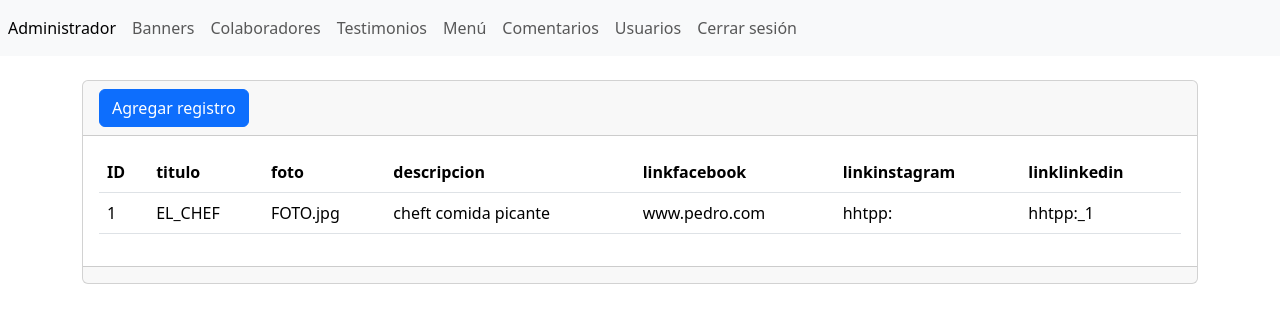
Repository: salextros/Restaurant-Project-PHP-MySQL
Page: http://localhost/TRABAJO_FINAL/restaurant/admin/seccion/colaboradores/index.php
These files come from the project's save history. The page is drawn as it stood at one moment and after the next save; the edit follows.
The browser window is 1280 px wide. The pictures show the whole page.
The page is run by PHP 8.4 with error messages shown; the project is at /var/www/html/. Queries for data that is not in the repository find no rows.

Above is the page before, as saved 2026-01-24 15:06:24.

### restaurant/admin/seccion/colaboradores/index.php
<?php
include ("../../bd.php");

$sentencia=$conexion->prepare("SELECT * FROM `tbl_colaboradores`");
$sentencia->execute();
$lista_colaboradores = $sentencia->fetchAll(PDO::FETCH_ASSOC);


include('../../templates/header.php');
?>
<br/>
<div class="card">
    <div class="card-header">
        <a name="" id="" class="btn btn-primary" href="crear.php" role="button">Agregar registro</a>
        </div>
        <div class="card-body">

        <div
            class="table-responsive-sm">
            <table class="table table">
                <thead>
                    <tr>
                        <th scope="col">ID</th>
                        <th scope="col">titulo</th>
                        <th scope="col">foto</th>

                        <th scope="col">descripcion</th>
                        <th scope="col">linkfacebook</th>
                        <th scope="col">linkinstagram</th>
                        <th scope="col">linklinkedin</th>

                    </tr>
                </thead>
                <tbody>
                    <tr class="">
                        <td scope="row">1</td>
                        <td>EL_CHEF</td>
                        <td>FOTO.jpg</td>
                        <td>cheft comida picante</td>
                        <td>www.pedro.com</td>
                        <td>hhtpp:</td>
                        <td>hhtpp:_1</td>

                    </tr>

                </tbody>
            </table>
        </div>




    </div>
    <div class="card-footer text-muted"></div>
</div>

<?php include ("../../templates/footer.php");
?>

### restaurant/admin/bd.php
<?php

$servidor="localhost";
$baseDatos="restaurante";
$usuario="root";
$contraseña="";

try{

    $conexion=new PDO("mysql:host=$servidor;dbname=$baseDatos",$usuario,$contraseña);


}catch(Exception $error){
    echo $error ->getMessage();
}

?>

### restaurant/admin/templates/header.php
<?php
$url_base = "http://localhost/TRABAJO_FINAL/restaurant/admin/";
?>
<!doctype html>
<html lang="en">

    <head>
        <title>Administrador del sitio web </title>
        <!-- Required meta tags -->
        <meta charset="utf-8" />
        <meta
            name="viewport"
            content="width=device-width, initial-scale=1, shrink-to-fit=no"
        />

        <!-- Bootstrap CSS v5.2.1 -->
        <link
            href="https://cdn.jsdelivr.net/npm/bootstrap@5.3.2/dist/css/bootstrap.min.css"
            rel="stylesheet"
            integrity="sha384-T3c6CoIi6uLrA9TneNEoa7RxnatzjcDSCmG1MXxSR1GAsXEV/Dwwykc2MPK8M2HN"
            crossorigin="anonymous"
        />
    </head>

    <body>
        <header>
            <!-- place navbar here -->
            <nav class="navbar navbar-expand navbar-light bg-light">
                <div class="nav navbar-nav">
                    <a class="nav-item nav-link active" href="#" aria-current="page">Administrador<span class="visually-hidden">(current)</span></a>

                    <a class="nav-item nav-link" href="<?php echo $url_base;?>seccion/banners">Banners</a>
                    <a class="nav-item nav-link" href="<?php echo $url_base;?>seccion/colaboradores">Colaboradores</a>
                    <a class="nav-item nav-link" href="<?php echo $url_base;?>seccion/testimonios">Testimonios</a>
                    <a class="nav-item nav-link" href="<?php echo $url_base;?>seccion/menu">Menú</a>
                    <a class="nav-item nav-link" href="<?php echo $url_base;?>seccion/comentarios">Comentarios</a>
                    <a class="nav-item nav-link" href="<?php echo $url_base;?>seccion/usuarios">Usuarios</a>
                    <a class="nav-item nav-link" href="#">Cerrar sesión</a>

                </div>
            </nav>


        </header>
        <main>
        <section class="container">

### restaurant/admin/templates/footer.php
        </section>
        </main>
        <footer>
            <!-- place footer here -->
        </footer>
        <!-- Bootstrap JavaScript Libraries -->
        <script
            src="https://cdn.jsdelivr.net/npm/@popperjs/core@2.11.8/dist/umd/popper.min.js"
            integrity="sha384-I7E8VVD/ismYTF4hNIPjVp/Zjvgyol6VFvRkX/vR+Vc4jQkC+hVqc2pM8ODewa9r"
            crossorigin="anonymous"
        ></script>

        <script
            src="https://cdn.jsdelivr.net/npm/bootstrap@5.3.2/dist/js/bootstrap.min.js"
            integrity="sha384-BBtl+eGJRgqQAUMxJ7pMwbEyER4l1g+O15P+16Ep7Q9Q+zqX6gSbd85u4mG4QzX+"
            crossorigin="anonymous"
        ></script>
    </body>
</html>

After the next save:
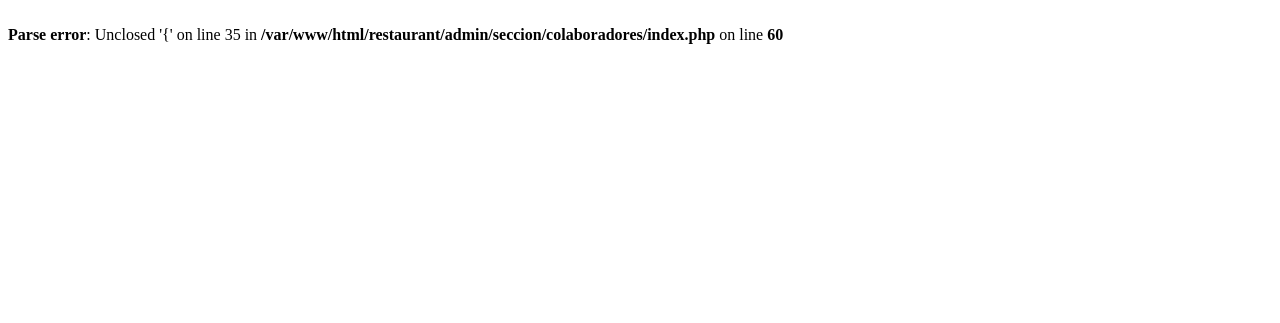
Saved 2 min 32 s later.
--- a/restaurant/admin/seccion/colaboradores/index.php
+++ b/restaurant/admin/seccion/colaboradores/index.php
@@ -32,6 +32,7 @@
                     </tr>
                 </thead>
                 <tbody>
+                <?php foreach($lista_Banners as $key => $value){ ?>
                     <tr class="">
                         <td scope="row">1</td>
                         <td>EL_CHEF</td>

After the save that followed:
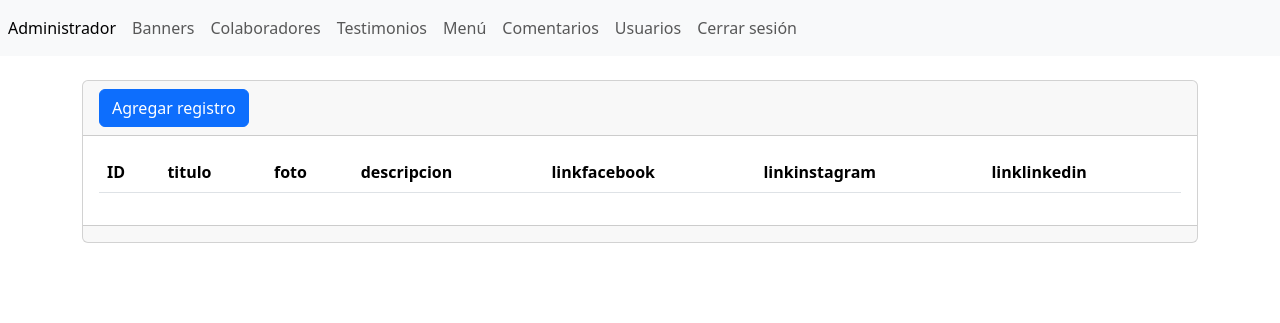
Saved 64 s later.
--- a/restaurant/admin/seccion/colaboradores/index.php
+++ b/restaurant/admin/seccion/colaboradores/index.php
@@ -32,7 +32,7 @@
                     </tr>
                 </thead>
                 <tbody>
-                <?php foreach($lista_Banners as $key => $value){ ?>
+                <?php foreach($lista_colaboradores as $key => $value){ ?>
                     <tr class="">
                         <td scope="row">1</td>
                         <td>EL_CHEF</td>
@@ -41,8 +41,8 @@
                         <td>www.pedro.com</td>
                         <td>hhtpp:</td>
                         <td>hhtpp:_1</td>
-
                     </tr>
+                    <?php } ?>
 
                 </tbody>
             </table>
